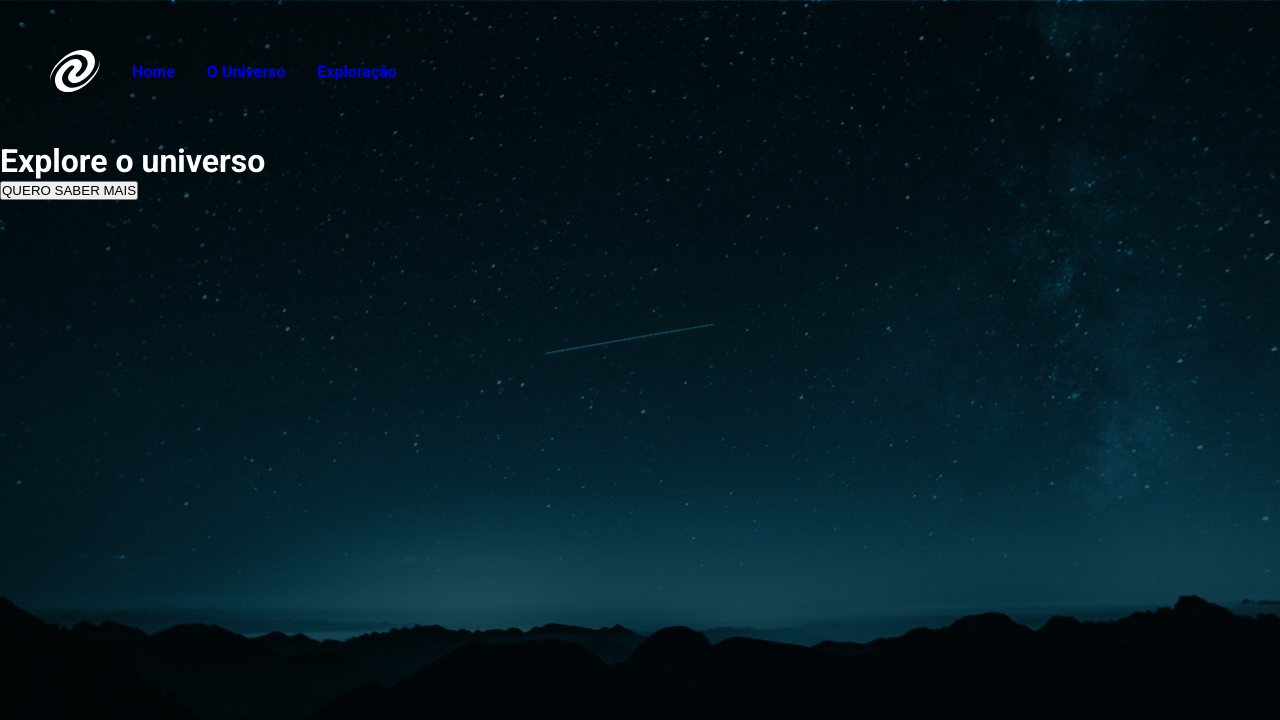
Repository: eltonneiferson/spaUniverse
Page: index.html
An editor plug-in stored every save of this project. The page is shown before and after a run of saves, followed by the edit.
The browser window is 1280 px wide. The pictures show the whole page.

Above is the page before, as saved 2022-10-26 22:07:19.

### index.html
<!DOCTYPE html>
<html lang="pt-br">

<head>
    <meta charset="UTF-8" />
    <meta http-equiv="X-UA-Compatible" content="IE=edge" />
    <meta name="viewport" content="width=device-width, initial-scale=1.0" />
    <meta name="author" content="Elton Neiferson" />
    <title>Universe</title>

    <link rel="stylesheet" href="stylle.css">
    <link rel="preconnect" href="https://fonts.googleapis.com">
    <link rel="preconnect" href="https://fonts.gstatic.com" crossorigin>
    <link href="https://fonts.googleapis.com/css2?family=Roboto:wght@700&display=swap" rel="stylesheet">
</head>

<body>
    <nav>
        <svg width="50" height="42" viewBox="0 0 50 42" fill="none" xmlns="http://www.w3.org/2000/svg">
            <path d="M31.5423 0.00979035C26.1727 0.174742 19.3604 2.47181 12.1375 8.73785C-2.6197 21.4919 0.219149 31.6427 0.219149 31.6427C0.219149 31.6427 -1.31407 22.7633 12.6765 10.655C19.9593 4.35869 28.9789 2.29019 34.5368 6.97206C39.5198 11.1696 38.7771 18.2731 30.3445 25.5381C27.0864 28.1212 23.6007 25.8307 27.0504 22.7633C27.4347 22.4396 27.7717 22.1194 28.0686 21.8047C31.2762 18.6232 33.7461 13.7222 29.9252 10.5036C25.3256 6.46755 17.5038 11.1696 14.054 14.237C3.12987 23.7622 2.8903 33.9231 9.02317 39.4122C13.2395 42.964 24.7506 44.3867 37.5913 33.4085C52.3485 20.6544 49.5097 10.5036 49.5097 10.5036C49.5097 10.5036 51.0429 19.3831 37.0523 31.4914C29.7695 37.7877 20.7499 39.9066 15.192 35.2248C10.209 31.0272 10.9517 23.9237 19.3844 16.6587C22.8341 13.9142 26.3078 16.1643 22.858 19.2317C22.4738 19.5554 22.1368 19.8756 21.8399 20.1903C18.6323 23.3718 16.1624 28.2728 19.9833 31.4914C24.5829 35.5275 32.2131 30.664 35.8545 27.758C46.9703 18.2328 47.0182 8.0719 40.8853 2.5828C39.0407 1.02891 35.7186 -0.118506 31.5423 0.00979035Z" fill="white" />
        </svg>
        <a href="/">Home</a>
        <a href="/universe.html">O Universo</a>
        <a href="/exploration.html">Exploração</a>
    </nav>
    <main>
        <h1>Explore o universo</h1>
        <button>QUERO SABER MAIS</button>
    </main>
</body>

</html>

### stylle.css
* {
    margin: 0;
    padding: 0;
    box-sizing: border-box;
    text-decoration: none;
}

:root {
    --font-color: white;
    --default-font: 'Roboto', sans-serif;
}

body {
    min-height: 100vh;
    background-image: url(bkg1.png);
    background-position: bottom;
    background-size: cover;
    color: var(--font-color);
    font-family: var(--default-font);
}

nav {
    padding: 50px;
    display: flex;
    gap: 2rem;
    align-items: center;
}

nav a {
    color: ;
}

After the next 2 saves:
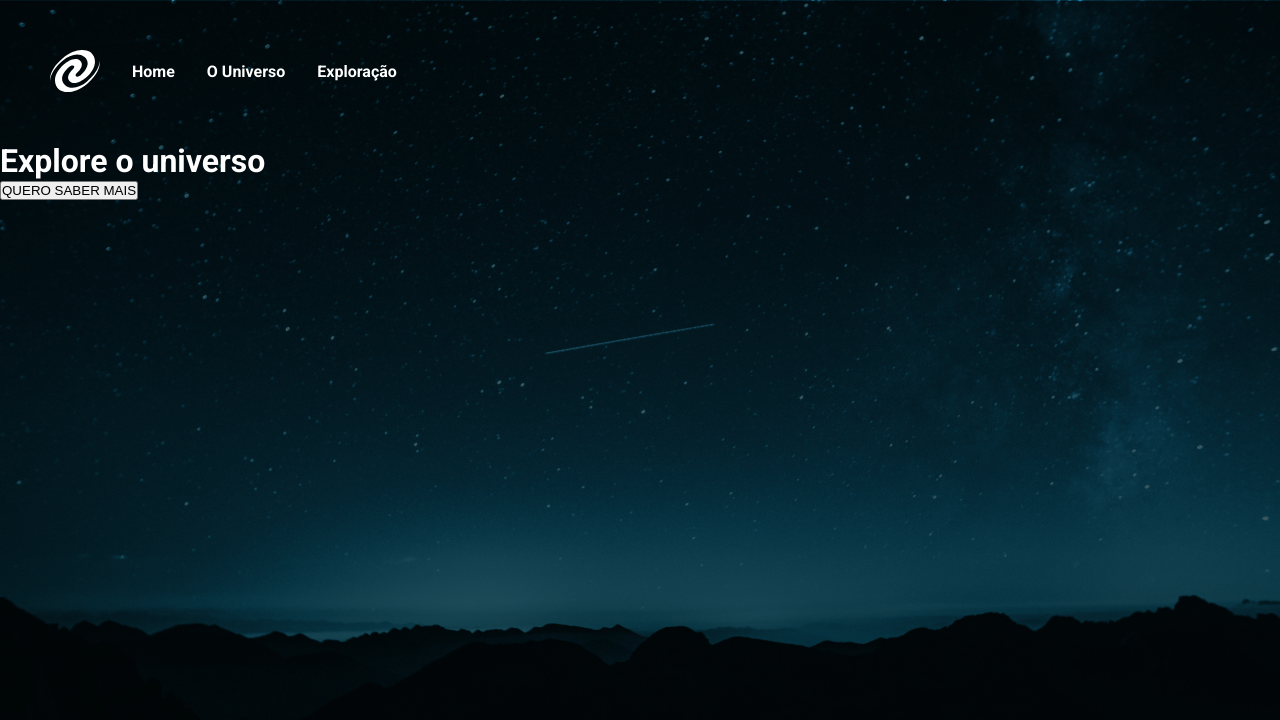
The 2 saves are shown as one change because they came seconds apart.
The last was saved 7 s later.
--- a/stylle.css
+++ b/stylle.css
@@ -27,5 +27,5 @@ nav {
 }
 
 nav a {
-    color: ;
+    color: var(--font-color);
 }
